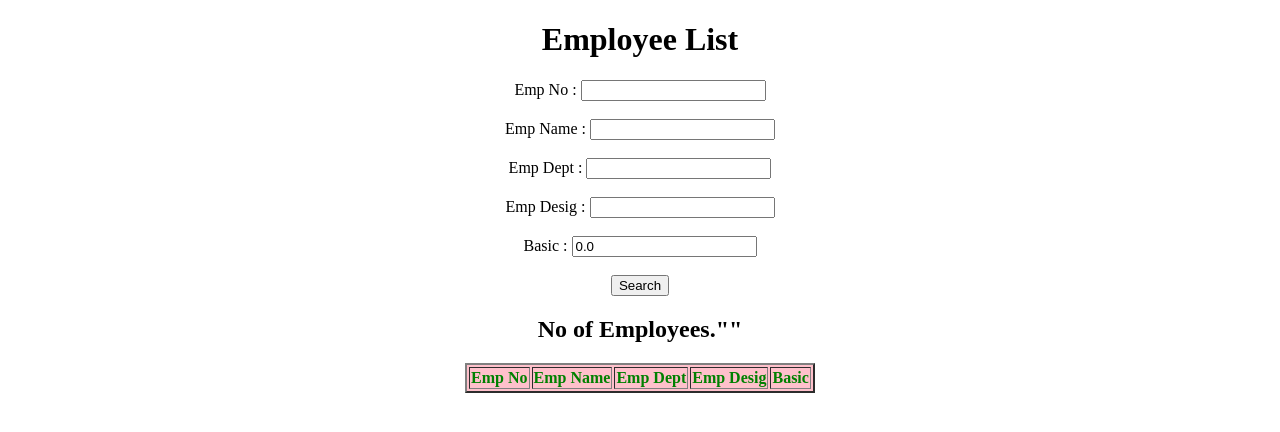
Repository: 1919satya/documents1-2
Page: http://localhost/springData/WEB-INF/views/home.jsp
An editor plug-in stored every save of this project. The page is shown before and after the next save, followed by the edit.
The browser window is 1280 px wide. The pictures show the whole page.
The page is served by Tomcat 9. Nobody is signed in. The template is opened directly, without the code that normally fills it, so the values that code supplies are empty.

Above is the page before, as saved 2019-10-15 07:29:21.

After the next save:
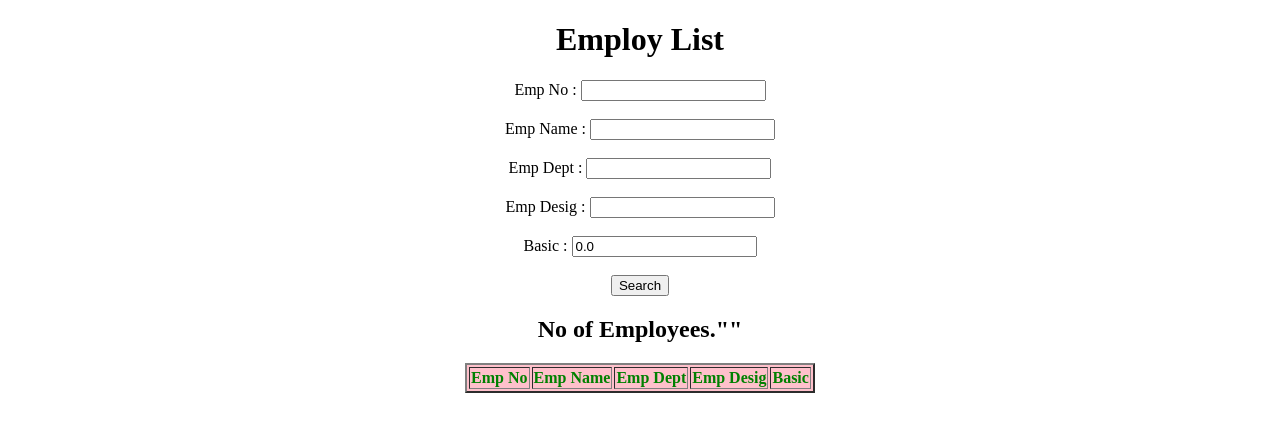
Saved 20 s later.
--- a/AdvanceSpring/springData/src/main/webapp/WEB-INF/views/home.jsp
+++ b/AdvanceSpring/springData/src/main/webapp/WEB-INF/views/home.jsp
@@ -10,7 +10,7 @@
 </head>
 <body>
 	<div align="center">
-		<h1>Employee List</h1>
+		<h1>Employ List</h1>
 		<form:form action="searchEmploy" method="POST"
 			modelAttribute="searchEmploy">
  Emp No :
